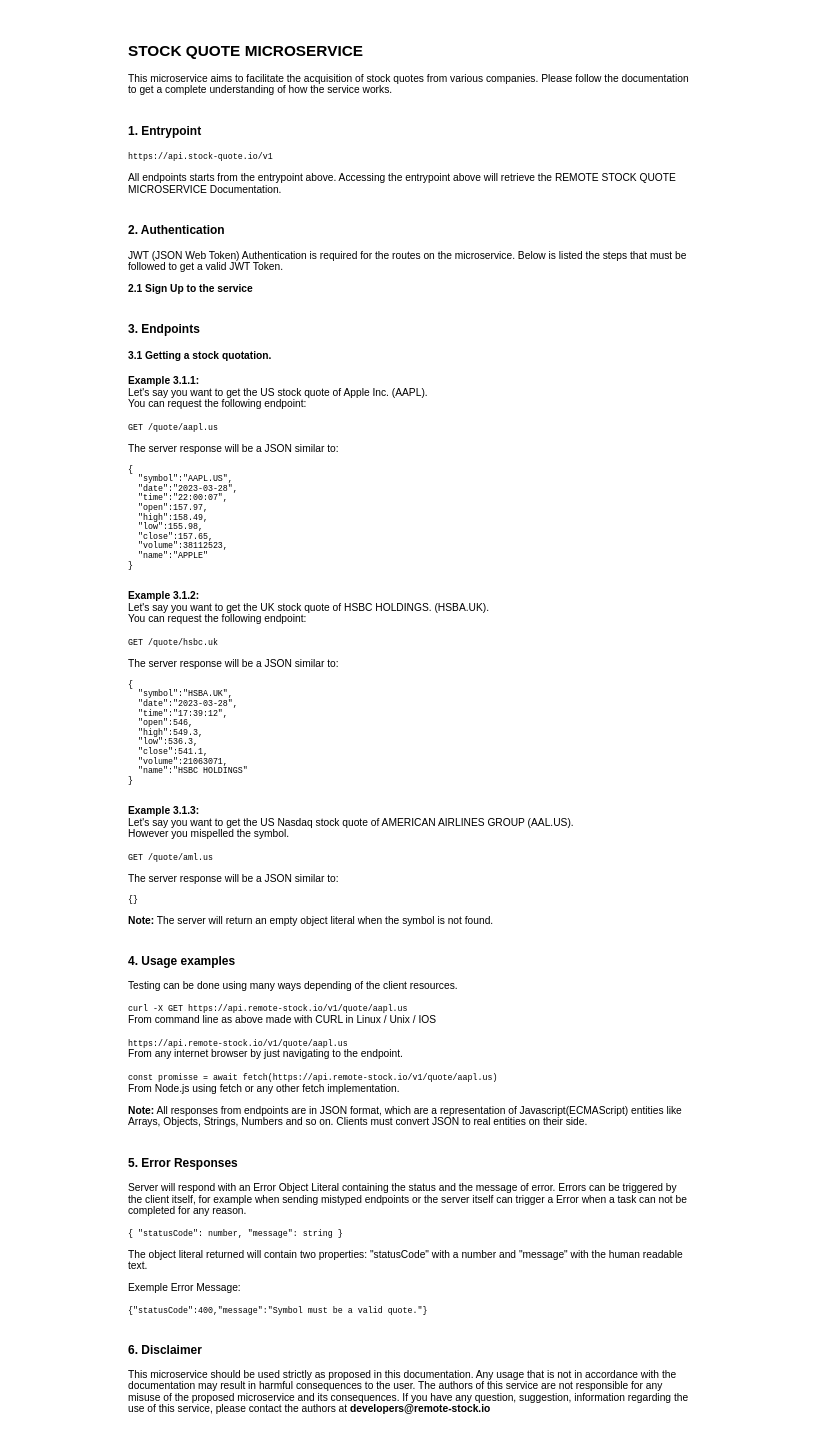
Repository: miguelamello/nest-js
Page: stock-service/documentation.html
An editor plug-in stored every save of this project. The page is shown before and after a run of saves, followed by the edit.
The browser window is 1280 px wide. The pictures show the whole page, at 64% of full size.

Above is the page before, as saved 2023-04-01 15:40:06.

### stock-service/documentation.html
<!DOCTYPE html>
<html lang="en">
<head>
  <meta charset="UTF-8">
  <meta http-equiv="X-UA-Compatible" content="IE=edge">
  <meta name="viewport" content="width=device-width, initial-scale=1.0">
  <title>STOCK QUOTE MICROSERVICE</title>
  <style>
    body {
      font-family: Arial, Helvetica, sans-serif;
      padding: 3% 15%;
    }
    h3 {
      margin-top: 5%;
    }
    pre {
      margin: 0;
    }
  </style>
</head>
<body>
  <h2>STOCK QUOTE MICROSERVICE</h2>
  <p>
    This microservice aims to facilitate the acquisition of stock quotes from various companies.
    Please follow the documentation to get a complete understanding of how the service works.
  </p>

  <h3>1. Entrypoint</h3>
  <code>https://api.stock-quote.io/v1</code>
  <p>
    All endpoints starts from the entrypoint above. Accessing the entrypoint
    above will retrieve the REMOTE STOCK QUOTE MICROSERVICE Documentation.
  </p>

  <h3>2. Authentication</h3>
  <p>JWT (JSON Web Token) Authentication is required for the routes on the microservice.
    Below is listed the steps that must be followed to get a valid JWT Token.</p>

  <p>
    <div><b>2.1 Sign Up to the service</b></div>
    <div></div>
  </p>

  <h3>3. Endpoints</h3>

  <h4>3.1 Getting a stock quotation.</h4>

  <p>
    <div><b>Example 3.1.1:</b></div>
    <div>Let's say you want to get the US stock quote of Apple Inc. (AAPL).</div>
    <div>You can request the following endpoint:</div><br>
    <code>GET /quote/aapl.us</code>

    <p>The server response will be a JSON similar to:</p>

    <pre>
{
  "symbol":"AAPL.US",
  "date":"2023-03-28",
  "time":"22:00:07",
  "open":157.97,
  "high":158.49,
  "low":155.98,
  "close":157.65,
  "volume":38112523,
  "name":"APPLE"
}
    </pre>
  </p>
  <p>
    <div><b>Example 3.1.2:</b></div>
    <div>Let's say you want to get the UK stock quote of HSBC HOLDINGS. (HSBA.UK).</div>
    <div>You can request the following endpoint:</div><br>
    <code>GET /quote/hsbc.uk</code>

    <p>The server response will be a JSON similar to:</p>

    <pre>
{
  "symbol":"HSBA.UK",
  "date":"2023-03-28",
  "time":"17:39:12",
  "open":546,
  "high":549.3,
  "low":536.3,
  "close":541.1,
  "volume":21063071,
  "name":"HSBC HOLDINGS"
}
    </pre>
  </p>

  <p>
    <div><b>Example 3.1.3:</b></div>
    <div>Let's say you want to get the US Nasdaq stock quote of AMERICAN AIRLINES GROUP (AAL.US).</div>
    <div>However you mispelled the symbol.</div><br>
    <code>GET /quote/aml.us</code>

    <p>The server response will be a JSON similar to:</p>

    <pre>{}</pre>

    <p>
      <b>Note:</b> The server will return an empty object literal when the symbol is not found.
    </p>
  </p>

  <h3>4. Usage examples</h3>

  <p>Testing can be done using many ways depending of the client resources.</p>

  <code>curl -X GET https://api.remote-stock.io/v1/quote/aapl.us</code>
  <div>From command line as above made with CURL in Linux / Unix / IOS</div>
  <br>
  <code>https://api.remote-stock.io/v1/quote/aapl.us</code>
  <div>From any internet browser by just navigating to the endpoint.</div>
  <br>
  <code>const promisse = await fetch(https://api.remote-stock.io/v1/quote/aapl.us)</code>
  <div>From Node.js using fetch or any other fetch implementation.</div>

  <p>
    <b>Note:</b> All responses from endpoints are in JSON format, which are a
    representation of Javascript(ECMAScript) entities like Arrays, Objects,
    Strings, Numbers and so on. Clients must convert JSON to real entities
    on their side.
  </p>

  <h3>5. Error Responses</h3>

  <p>
    Server will respond with an Error Object Literal containing
    the status and the message of error. Errors can be triggered
    by the client itself, for example when sending mistyped endpoints
    or the server itself can trigger a Error when a
    task can not be completed for any reason.
  </p>

  <p>
    <code>{ "statusCode": number, "message": string }</code><br>
    <div>
      The object literal returned will contain two properties:
      "statusCode" with a number and "message" with the human readable text.
    </div>
  </p>

  <p>Exemple Error Message:</p>
  <p>
    <code>
      {"statusCode":400,"message":"Symbol must be a valid quote."}
    </code>
  </p>

  <h3>6. Disclaimer</h3>
  <p>
    This microservice should be used strictly as proposed in this documentation.
    Any usage that is not in accordance with the documentation may result in harmful
    consequences to the user. The authors of this service are not responsible for
    any misuse of the proposed microservice and its consequences. If you have any question,
    suggestion, information regarding the use of this service, please contact
    the authors at <b>developers@remote-stock.io</b>
  </p>

</body>
</html>

After the next 2 saves:
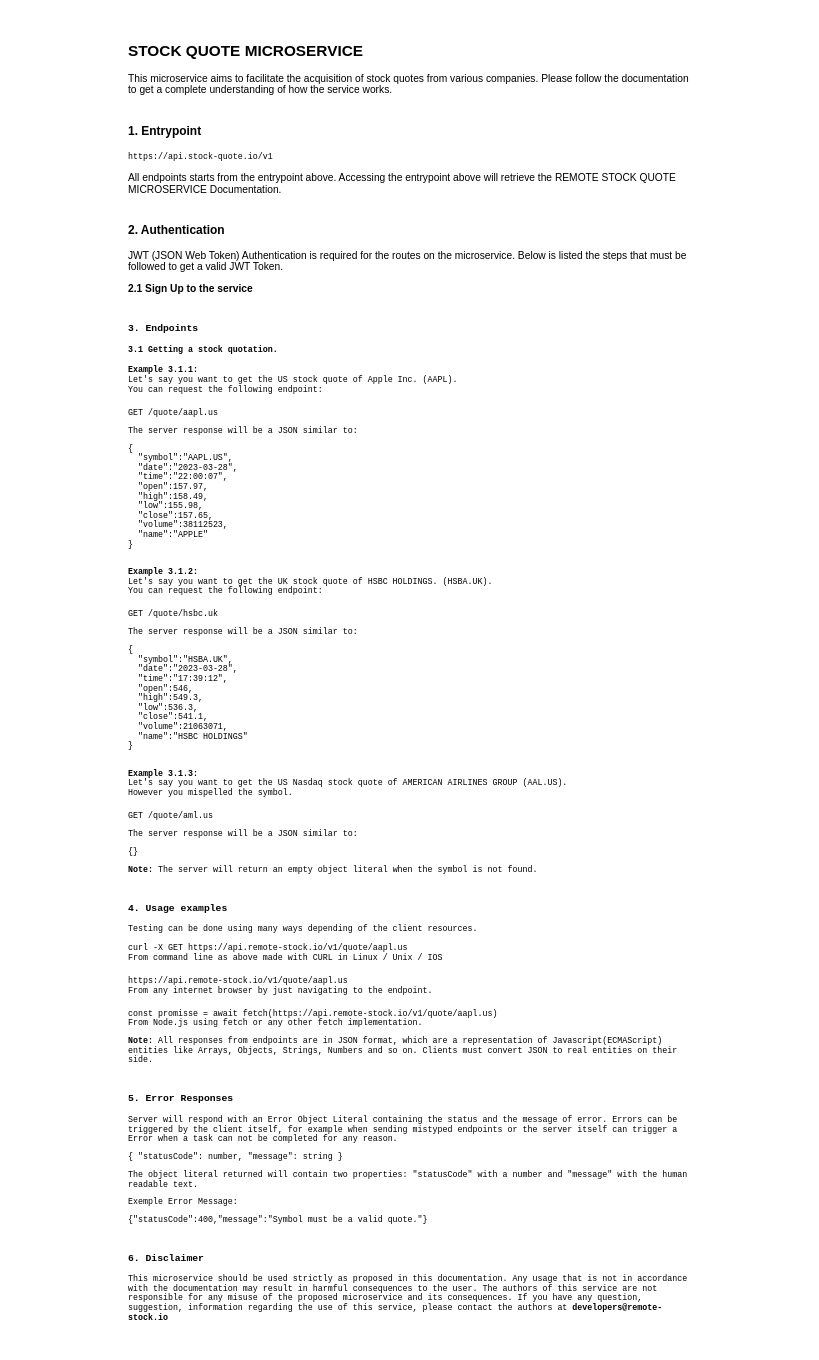
The 2 saves are shown as one change because they came seconds apart.
The last was saved 77 s later.
--- a/stock-service/documentation.html
+++ b/stock-service/documentation.html
@@ -38,7 +38,7 @@
 
   <p>
     <div><b>2.1 Sign Up to the service</b></div>
-    <div></div>
+    <code></div>
   </p>
 
   <h3>3. Endpoints</h3>

After the save that followed:
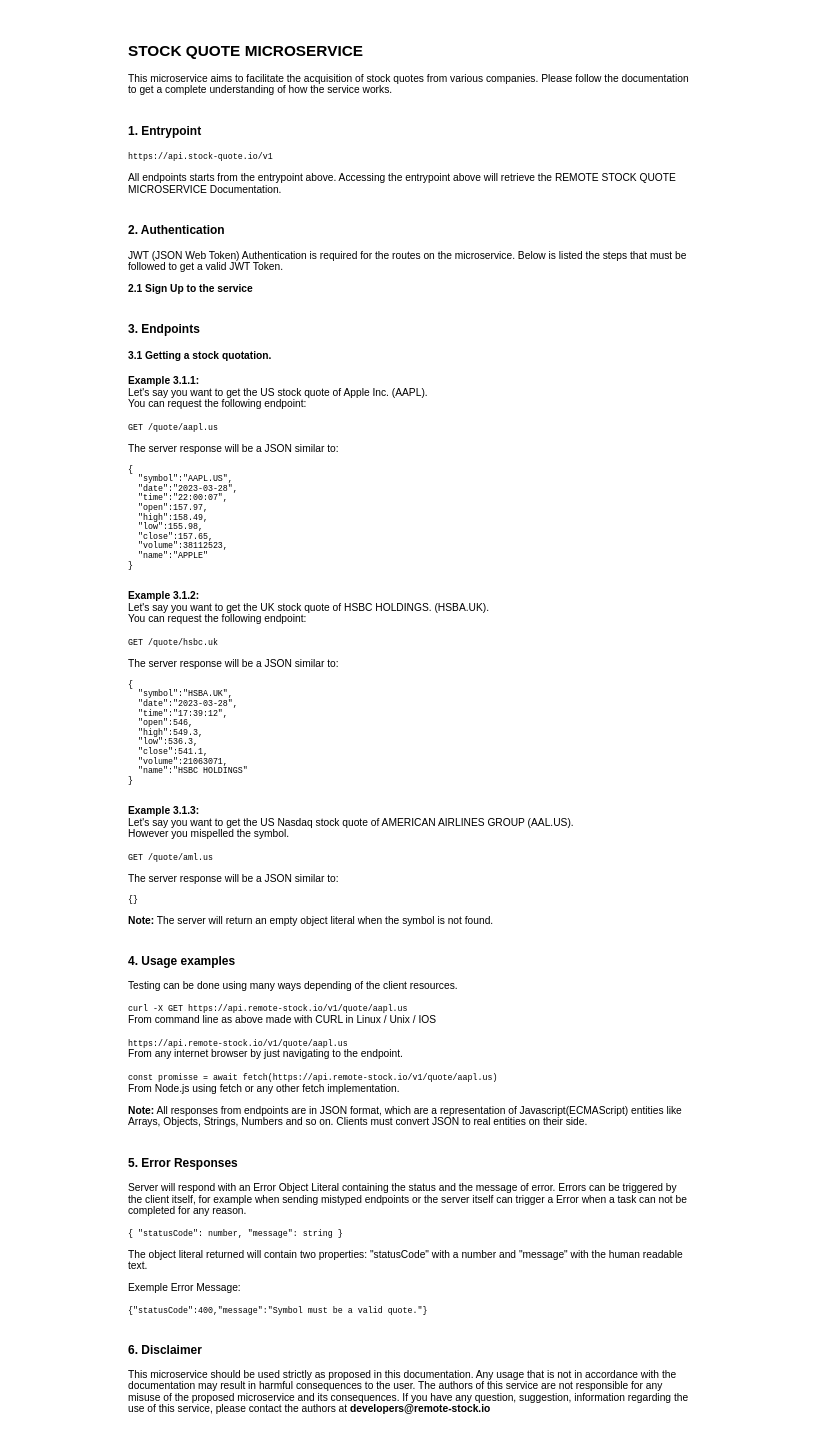
Saved 4 s later.
--- a/stock-service/documentation.html
+++ b/stock-service/documentation.html
@@ -38,7 +38,7 @@
 
   <p>
     <div><b>2.1 Sign Up to the service</b></div>
-    <code></div>
+    <code></code>
   </p>
 
   <h3>3. Endpoints</h3>
